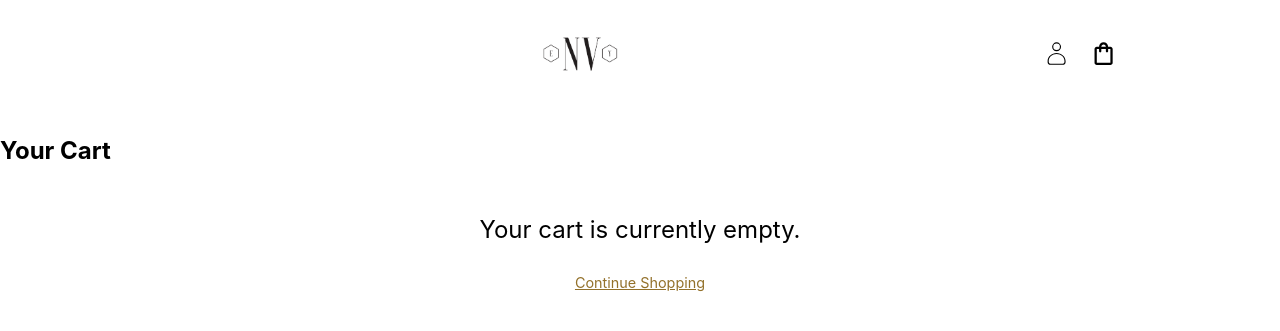
Repository: lasity34/new-envy
Page: /cart (app in my-new-envy/)
The author's editor kept a copy of each file at every save. The page is drawn from the files as they stood at one save, then again after the next save.
The browser window is 1280 px wide. The pictures show the whole page.
Some web fonts or font styles are not loaded; a fallback is used. The project was rebuilt for these pictures with package versions that can differ from the ones it lists, and the page was loaded fresh each time. Also part of the build but not shown: my-new-envy/src/components/HeroBanner.tsx, my-new-envy/src/components/ProductCard.tsx, my-new-envy/src/data.ts, my-new-envy/src/components/FeaturedProducts.tsx, my-new-envy/src/components/AboutUs.tsx, my-new-envy/src/components/ContactUs.tsx, my-new-envy/src/components/ProductDetails.tsx.

Above is the page before, as saved 2024-04-24 14:03:21.

### my-new-envy/public/index.html
<!DOCTYPE html>
<html lang="en">
  <head>
    <meta charset="utf-8" />
    <link rel="icon" href="%PUBLIC_URL%/logo.png" />
    <meta name="viewport" content="width=device-width, initial-scale=1" />
    <meta name="theme-color" content="#000000" />
    <meta
      name="description"
      content="Web site created using create-react-app"
    />
    <link rel="apple-touch-icon" href="%PUBLIC_URL%/logo.png" />
    <!--
      manifest.json provides metadata used when your web app is installed on a
      user's mobile device or desktop. See https://developers.google.com/web/fundamentals/web-app-manifest/
    -->
    <link rel="manifest" href="%PUBLIC_URL%/manifest.json" />
    <!--
      Notice the use of %PUBLIC_URL% in the tags above.
      It will be replaced with the URL of the `public` folder during the build.
      Only files inside the `public` folder can be referenced from the HTML.

      Unlike "/favicon.ico" or "favicon.ico", "%PUBLIC_URL%/favicon.ico" will
      work correctly both with client-side routing and a non-root public URL.
      Learn how to configure a non-root public URL by running `npm run build`.
    -->
    <link rel="preconnect" href="https://fonts.googleapis.com">
<link rel="preconnect" href="https://fonts.gstatic.com" crossorigin>
<link href="https://fonts.googleapis.com/css2?family=Crimson+Text:ital,wght@0,400;0,600;0,700;1,400;1,600;1,700&display=swap" rel="stylesheet">
<link href="https://fonts.googleapis.com/css2?family=Caveat:wght@400..700&display=swap" rel="stylesheet">
<link href="https://fonts.googleapis.com/css2?family=Playfair:ital,opsz,wght@0,5..1200,300..900;1,5..1200,300..900&display=swap" rel="stylesheet">

    <title>Envy</title>
  </head>
  <body>
    <noscript>You need to enable JavaScript to run this app.</noscript>
    <div id="root"></div>
    <!--
      This HTML file is a template.
      If you open it directly in the browser, you will see an empty page.

      You can add webfonts, meta tags, or analytics to this file.
      The build step will place the bundled scripts into the <body> tag.

      To begin the development, run `npm start` or `yarn start`.
      To create a production bundle, use `npm run build` or `yarn build`.
    -->
  </body>
</html>

### my-new-envy/src/App.tsx
import { BrowserRouter as Router, Routes, Route } from "react-router-dom";
import Header from "./components/Header";
import HeroBanner from "./components/HeroBanner";
import FeaturedProducts from "./components/FeaturedProducts";
import AboutUs from "./components/AboutUs";
import ContactUs from "./components/ContactUs";
import ProductDetails from "./components/ProductDetails"; // Ensure you import the ProductDetails
import { CartProvider } from "./context/CartContext";
import ShoppingCart from './components/ShoppingCart';

function App() {
  return (
    <CartProvider>
      <Router>
        <div className="App">
          <Header />
          <Routes>
            <Route
              path="/"
              element={
                <>
                  <div id="hero">
                    <HeroBanner />
                  </div>
                  <div id="featured">
                    <FeaturedProducts />
                  </div>
                  <div id="about">
                    <AboutUs />
                  </div>
                  <div id="contact">
                    <ContactUs />
                  </div>
                </>
              }
            />
            <Route path="/products/:id" element={<ProductDetails />} />
            <Route path="/cart" element={<ShoppingCart />} />
          </Routes>
        </div>
      </Router>
    </CartProvider>
  );
}

export default App;

### my-new-envy/src/components/Header.tsx
import { Link as RouterLink, useLocation } from 'react-router-dom';
import { CiUser } from 'react-icons/ci';
import { MdOutlineShoppingBag } from 'react-icons/md';
import styled from 'styled-components';

const HeaderContainer = styled.header`
  font-family: "Caveat", cursive;
  color: black;
  padding: 20px 40px; // Adjust the padding to match the spacing in the screenshot
  display: flex;
  justify-content: space-between; // Align items to the start and end of the header
  align-items: center; // Center items vertically
  flex-direction: column;
`;

const BannerContainer = styled.div`
  display: flex;
  justify-content: space-between;
  width: 100%;
`;

const SearchContainer = styled.div`
  width: 20%;
`;

const LogoContainer = styled.div`
  display: flex;
  justify-content: center;
  align-items: center;
  width: 35%;
`;

const AccountCartContainer = styled.div`
  display: flex;
  justify-content: center;
  align-items: center;
  list-style: none;
  width: 30%;
`;

const Nav = styled.nav`
  width: 100%;
  display: flex;
  justify-content: center;
  margin-right: 8em;

`;

const NavLinks = styled.ul`
  list-style: none;
  display: flex;
  font-size: 1.4rem;
`;

const IconNavLinks = styled.ul`
  display: flex;
  justify-content: center;
  width: 70%;
`;

const IconNavLink = styled.li`
  list-style: none;
  color: black;

  a {
    color: black;
    text-decoration: none;
    font-size: 1.7rem;
    padding: 0 10px;

    &:hover {
      color: black; // Change color on hover
    }
  }
`;


const NavLink = styled.li`
  position: relative;
  margin-left: 20px;

  a {
    color: #433f3e;
    text-decoration: none;
    font-weight: bold;
    display: inline-block;
    position: relative;

    &::after {
      content: '';
      position: absolute;
      bottom: -5px; // Distance from the bottom of the link text
      left: 0;
      right: 0;
      width: 0; // Start with no width
      height: 2px;
      background-color: black;
      transition: width 0.5s ease, left 0.5s ease; // Animate the width and left position
      transform: translateX(-50%);
    }

    &:hover::after {
      width: 100%; // Full width on hover
      left: 50%; // Centering it with the left position during hover
      transform: translateX(-50%); // Ensure it grows from the center
    }
  }
`;

const CapImage = styled.img`
  width: 100px;
`;

const Header = () => {
  const location = useLocation(); // Hook to access the location object
  const hideNav = location.pathname.includes('/products/') || location.pathname === '/cart';

  return (
    <HeaderContainer>
      <BannerContainer>
        <SearchContainer></SearchContainer>
        <LogoContainer>
          <RouterLink to="/">
            <CapImage src="images/logo.png" alt="Queue" />
          </RouterLink>
        </LogoContainer>
        <AccountCartContainer>
          <IconNavLinks>
            <IconNavLink>
              <RouterLink to="/account">
                <CiUser />
              </RouterLink>
            </IconNavLink>
            <IconNavLink>
              <RouterLink to="/cart">
                <MdOutlineShoppingBag />
              </RouterLink>
            </IconNavLink>
          </IconNavLinks>
        </AccountCartContainer>
      </BannerContainer>
      {!hideNav && (
        <Nav>
          <NavLinks>
            <NavLink><RouterLink to="/">Home</RouterLink></NavLink>
            <NavLink><RouterLink to="/shop">Shop</RouterLink></NavLink>
            <NavLink><RouterLink to="/about">About Us</RouterLink></NavLink>
            <NavLink><RouterLink to="/contact">Contact</RouterLink></NavLink>
          </NavLinks>
        </Nav>
      )}
    </HeaderContainer>
  );
};

export default Header;

### my-new-envy/src/context/CartContext.tsx
import React, { createContext, useContext, useReducer } from 'react';

// Define the context
const CartContext = createContext();

// Initial state of the cart
const initialState = {
  items: [], // This will hold items and their quantities
};

// Reducer function to handle cart updates
function cartReducer(state, action) {
  switch (action.type) {
    case 'ADD_ITEM':
      // Check if the item is already in the cart
      const exist = state.items.find(item => item.id === action.payload.id);
      if (exist) {
        // Increase the quantity
        return {
          ...state,
          items: state.items.map(item =>
            item.id === action.payload.id ? { ...item, quantity: item.quantity + 1 } : item
          ),
        };
      } else {
        // Add new item
        return {
          ...state,
          items: [...state.items, { ...action.payload, quantity: 1 }],
        };
      }
    case 'REMOVE_ITEM':
      return {
        ...state,
        items: state.items.filter(item => item.id !== action.payload.id),
      };
    case 'ADJUST_QUANTITY':
      return {
        ...state,
        items: state.items.map(item =>
          item.id === action.payload.id ? { ...item, quantity: action.payload.quantity } : item
        ),
      };
    default:
      return state;
  }
}

// Context Provider component
export const CartProvider = ({ children }) => {
  const [state, dispatch] = useReducer(cartReducer, initialState);

  return (
    <CartContext.Provider value={{ state, dispatch }}>
      {children}
    </CartContext.Provider>
  );
};

// Hook to use cart context in other components
export const useCart = () => useContext(CartContext);

// Ensure the file is treated as a module
export {};

### my-new-envy/src/components/ShoppingCart.tsx
import React from 'react';
import { useCart } from '../context/CartContext';
import styled from 'styled-components';
import { Link as RouterLink } from 'react-router-dom';

const CartItemContainer = styled.div`
  display: flex;
  align-items: center;
  margin-bottom: 10px;
  padding: 10px;
  background: #f7f7f7;
  border-radius: 8px;
`;

const ItemImage = styled.img`
  width: 100px;
  height: 100px;
  border-radius: 4px;
  margin-right: 20px;
`;

const ItemDetails = styled.div`
  flex-grow: 1;
`;

const QuantityAdjuster = styled.div`
  display: flex;
  align-items: center;
`;

const Button = styled.button`
  padding: 5px 10px;
  margin: 0 5px;
  font-size: 16px;
  color: #333;
  background: #e4e4e4;
  border: none;
  border-radius: 4px;
  cursor: pointer;

  &:hover {
    background: #d4d4d4;
  }
`;

const QuantityInput = styled.input`
  width: 50px;
  text-align: center;
  font-size: 16px;
`;

const ItemPrice = styled.p`
  font-size: 18px;
  font-weight: 500;
`;

const TotalPrice = styled.div`
  font-size: 24px;
  font-weight: bold;
  text-align: right;
  margin-top: 20px;
`;


const EmptyCartMessage = styled.div`  // Changed from p to div for container benefits
  display: flex;
  flex-direction: column;
  text-align: center;
  font-size: 24px;  // Make it larger
  margin-top: 50px;  // Spacing from top
`;

const ContinueShoppingButton = styled(RouterLink)`
  display: inline-block;
  color: #93712b;
  padding: 10px 20px 5px; // Reduce padding-bottom to bring the border closer to the text
  margin: 20px 0;
  text-decoration: underline;
  border-radius: 5px;
  cursor: pointer;
  text-align: center;
  font-size: 0.9rem;

  &:hover {
    text-decoration-thickness: 2px;
  }
`;

const ShoppingCart: React.FC = () => {
  const { state, dispatch } = useCart();

  const handleQuantityChange = (id: string, quantity: number) => {
    if (quantity > 0) {
      dispatch({ type: 'ADJUST_QUANTITY', payload: { id, quantity } });
    }
  };

  const totalPrice = state.items.reduce((total, item) => total + item.price * item.quantity, 0);

  if (state.items.length === 0) {
    return (
      <div>
        <h2>Your Cart</h2>
        <EmptyCartMessage>
          Your cart is currently empty.
          <ContinueShoppingButton to="/#featured">Continue Shopping</ContinueShoppingButton>
        </EmptyCartMessage>
      </div>
    );
  }

  return (
    <div>
      <h2>Your Cart</h2>
      {state.items.map(item => (
        <CartItemContainer key={item.id}>
          <ItemImage src={item.imageUrl} alt={item.name} />
          <ItemDetails>
            <p>{item.name}</p>
            <QuantityAdjuster>
              <Button onClick={() => handleQuantityChange(item.id, item.quantity - 1)}>-</Button>
              <QuantityInput value={item.quantity} readOnly />
              <Button onClick={() => handleQuantityChange(item.id, item.quantity + 1)}>+</Button>
            </QuantityAdjuster>
            <ItemPrice>R {item.price * item.quantity}.00</ItemPrice>
          </ItemDetails>
        </CartItemContainer>
      ))}
      <TotalPrice>Total: R {totalPrice}.00</TotalPrice>
    </div>
  );
};

export default ShoppingCart;

Loaded but not shown: my-new-envy/src/index.tsx (common file); my-new-envy/src/index.css (common file); my-new-envy/src/reportWebVitals.ts (common file)

After the next save:
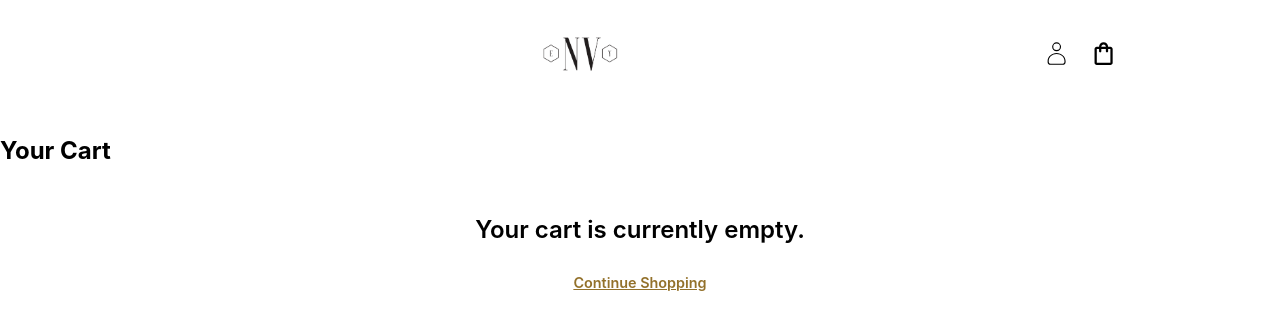
Saved 43 s later.
--- a/my-new-envy/src/components/ShoppingCart.tsx
+++ b/my-new-envy/src/components/ShoppingCart.tsx
@@ -67,6 +67,7 @@ const EmptyCartMessage = styled.div`  // Changed from p to div for container ben
   flex-direction: column;
   text-align: center;
   font-size: 24px;  // Make it larger
+  font-weight: 600;
   margin-top: 50px;  // Spacing from top
 `;
 
